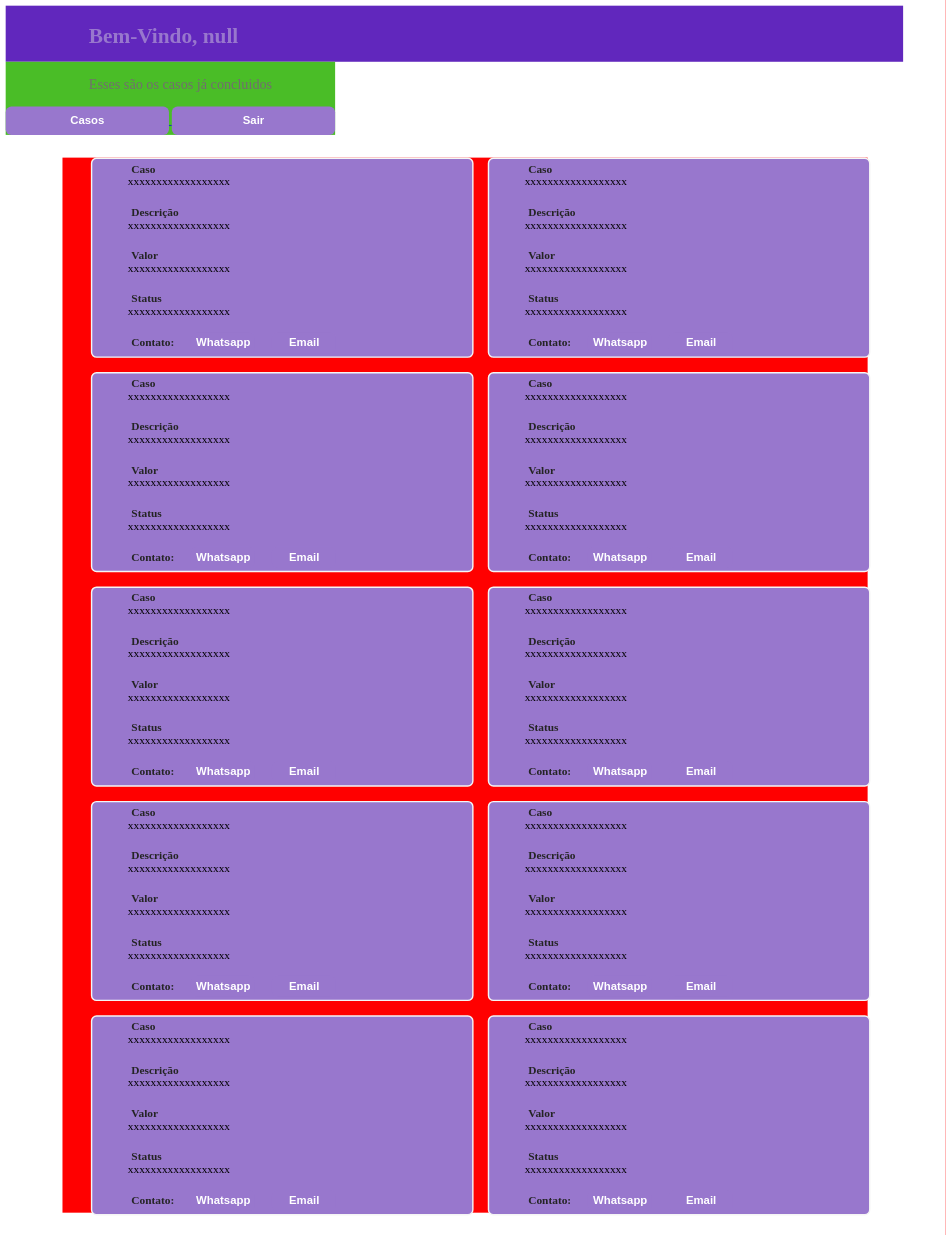
Repository: Dirlandia404/Casos
Page: frontend/public/pages/casosConcluidos.html
The author's editor kept a copy of each file at every save. The page is drawn from the files as they stood at one save, then again after the next save.
The browser window is 1280 px wide. The page is 1332 px wide, so the pictures cover 1332 px, including what lies to the right of the window. The pictures show the whole page, at 71% of full size.
The page's requests for data from a server got no answer. Some web libraries are served in a nearby version.

Above is the page before, as saved 2021-07-29 12:12:24.

After the next save:
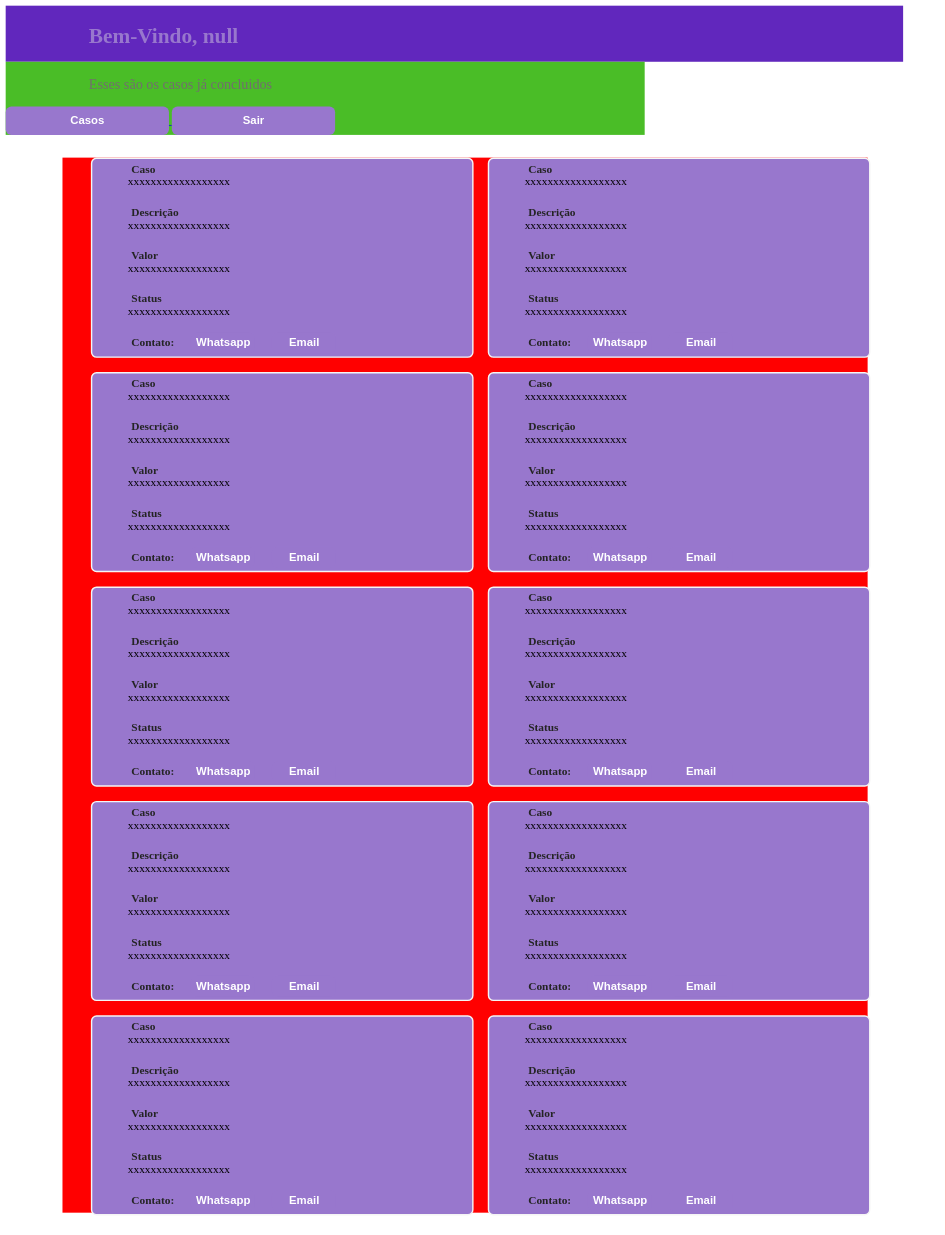
Saved 25 s later.
--- a/frontend/public/pages/src/style/casosConcluidos.css
+++ b/frontend/public/pages/src/style/casosConcluidos.css
@@ -12,14 +12,13 @@ h6{
 }
 p{
     margin-left: 117px;
-
     font-size: 20px;
     color: #726e6e;
 }
 #header-2{
     background-color: #4abd27;
     display: inline-block;
-    max-width: 900px;
+    width: 900px;
 }
 
 #header-2 button{
